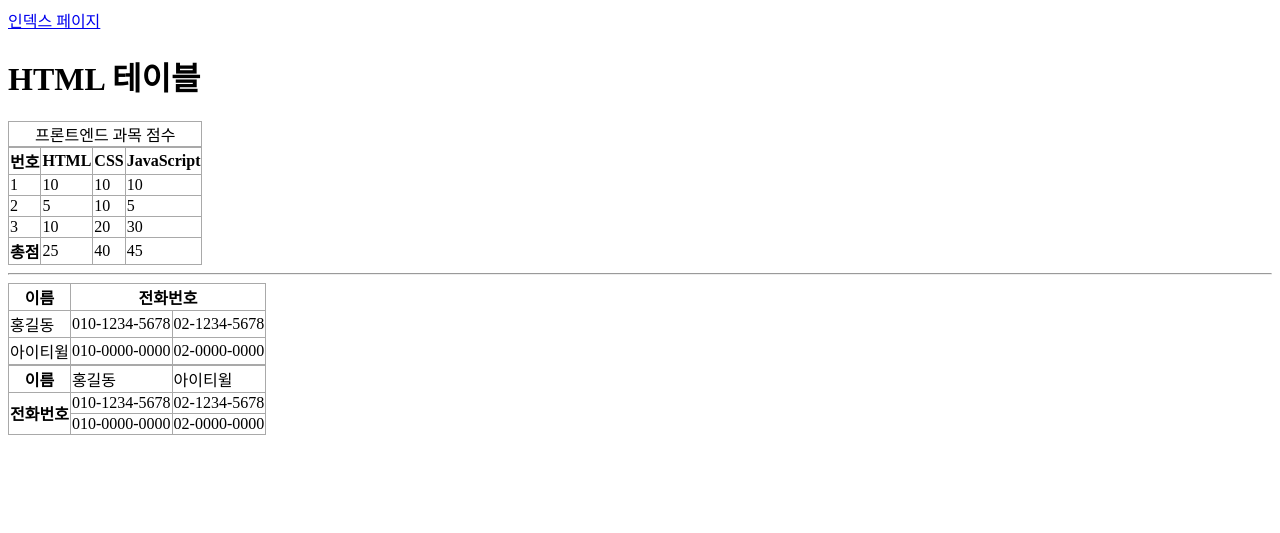
Repository: Sid0130/HTML
Page: lab-web/lab01_html/src/main/webapp/table.html
The author's editor kept a copy of each file at every save. The page is drawn from the files as they stood at one save, then again after the next save.
The browser window is 1280 px wide. The pictures show the whole page.

Above is the page before, as saved 2024-12-03 07:56:33.

### lab-web/lab01_html/src/main/webapp/table.html
<!DOCTYPE html>
<html>
	<head>
		<meta charset="UTF-8">
		<title>Lab01</title>

        <!-- CSS 설정: -->
        <style>
            table, th, td, caption {
                border: 1px solid darkgray;
                border-collapse: collapse;
            }
        </style>
	</head>
	<body>
		<a href="index.html">인덱스 페이지</a>

        <h1>HTML 테이블</h1>
        <table>
            <caption>프론트엔드 과목 점수</caption>
                <thead> <!-- table header(표 머릿글): 컬럼 이름 -->
                    <tr> <!-- table row(표 행) -->
                        <th>번호</th> <!-- table cell header -->
                        <th>HTML</th>
                        <th>CSS</th>
                        <th>JavaScript</th>
                    </tr>
                </thead>
                <tbody> <!-- table body(표 몸통) -->
                    <tr>
                        <td>1</td><!-- table cell data -->
                        <td>10</td>
                        <td>10</td>
                        <td>10</td>
                    </tr>
                    <tr>
                        <td>2</td>
                        <td>5</td>
                        <td>10</td>
                        <td>5</td>
                    </tr>
                    <tr>
                        <td>3</td>
                        <td>10</td>
                        <td>20</td>
                        <td>30</td>
                    </tr>
                </tbody>
                <tfoot> <!-- table footer(표 꼬릿글) -->
                    <tr>
                        <th>총점</th>
                        <td>25</td>
                        <td>40</td>
                        <td>45</td>
                    </tr>
                </tfoot>
        </table>

        <hr>

        <table>
            <thead>
                <tr>
                    <th>이름</th>
                    <th colspan="2">전화번호</th>
                </tr>
            </thead>
            <tbody>
                <tr>
                    <td>홍길동</td>
                    <td>010-1234-5678</td>
                    <td>02-1234-5678</td>
                </tr>
                <tr>
                    <td>아이티윌</td>
                    <td>010-0000-0000</td>
                    <td>02-0000-0000</td>
                </tr>
            </tbody>
        </table>

        <table>
            <tbody>
                <tr>
                    <th>이름</th>
                    <td>홍길동</td>
                    <td>아이티윌</td>
                </tr>
                <tr>
                    <th rowspan="2">전화번호</th>
                    <td>010-1234-5678</td>
                    <td>02-1234-5678</td>
                </tr>
                    <td>010-0000-0000</td>
                    <td>02-0000-0000</td>
            </tbody>
        </table>
	</body>
</html>

After the next save:
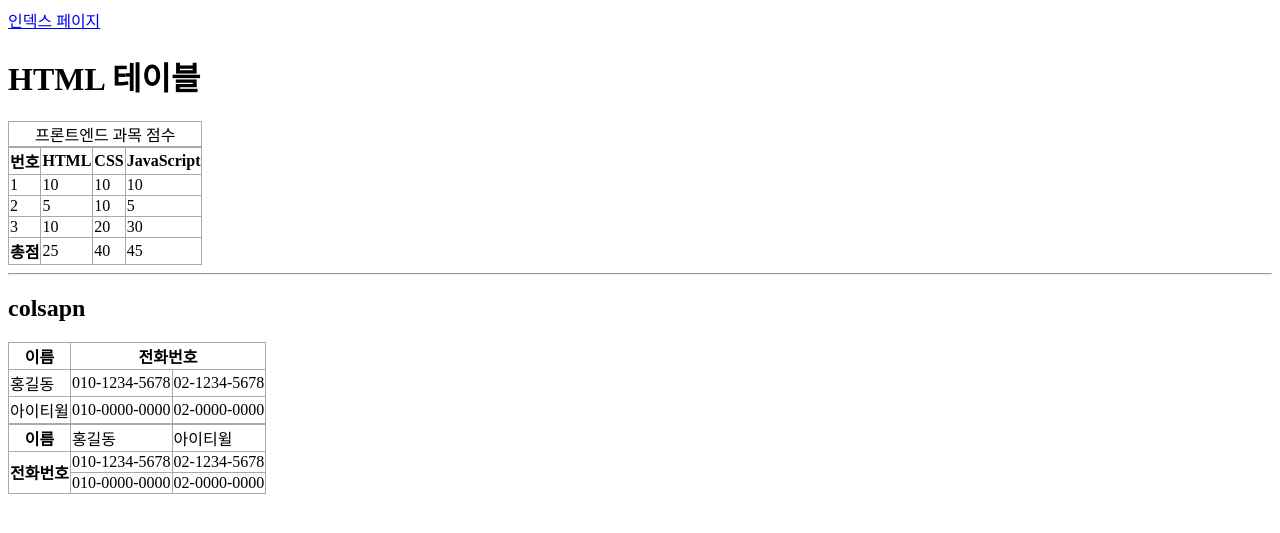
Saved 6 min 39 s later.
--- a/lab-web/lab01_html/src/main/webapp/table.html
+++ b/lab-web/lab01_html/src/main/webapp/table.html
@@ -57,6 +57,7 @@
         </table>
 
         <hr>
+        <h2>colsapn</h2>
 
         <table>
             <thead>
